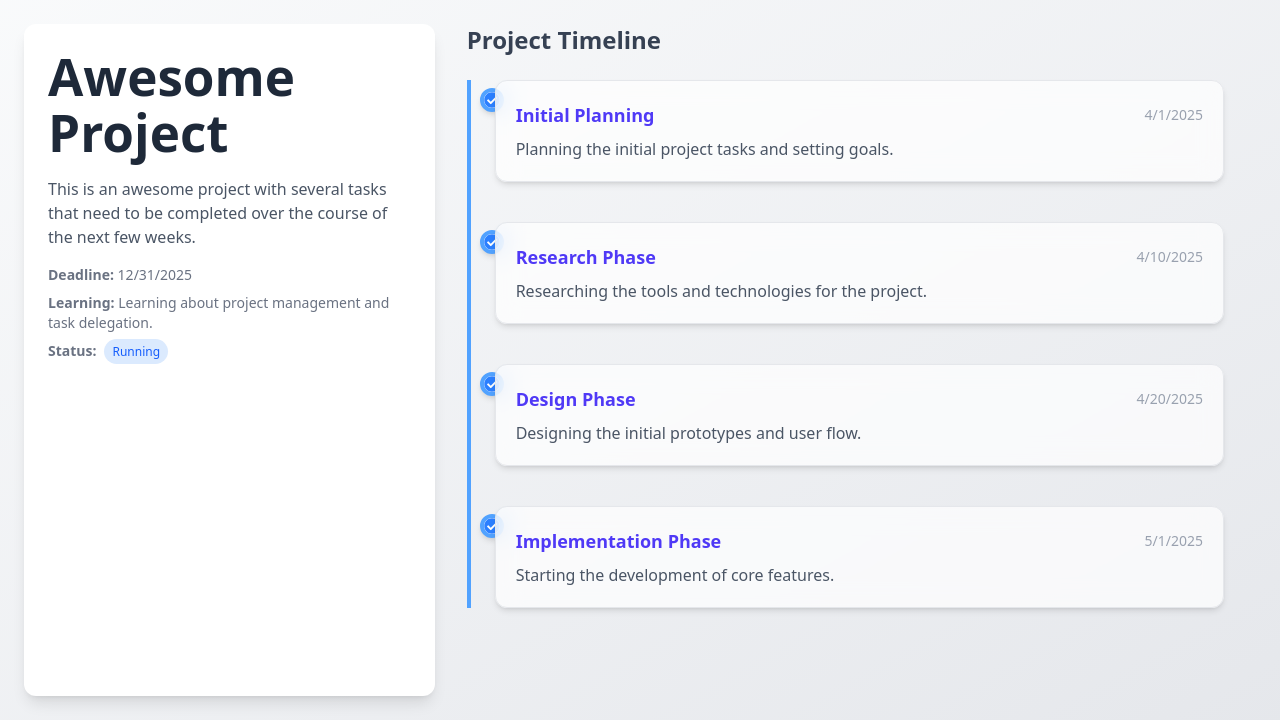
Repository: mohitagrawal0412/Workify
Page: /projectDetails (app in client/)
The author's editor kept a copy of each file at every save. The page is drawn from the files as they stood at one save, then again after the next save.
The browser window is 1280 px wide. The pictures show the whole page.
The project was rebuilt for these pictures with package versions that can differ from the ones it lists, and the page was loaded fresh each time. Also part of the build but not shown: client/vite.config.js, client/src/Components/Dashboard/Dashboard.jsx, client/src/Components/Dashboard/AllProjects.jsx, client/src/Components/Dashboard/EntryDetails.jsx.

Above is the page before, as saved 2025-04-15 10:30:01.

After the next save:
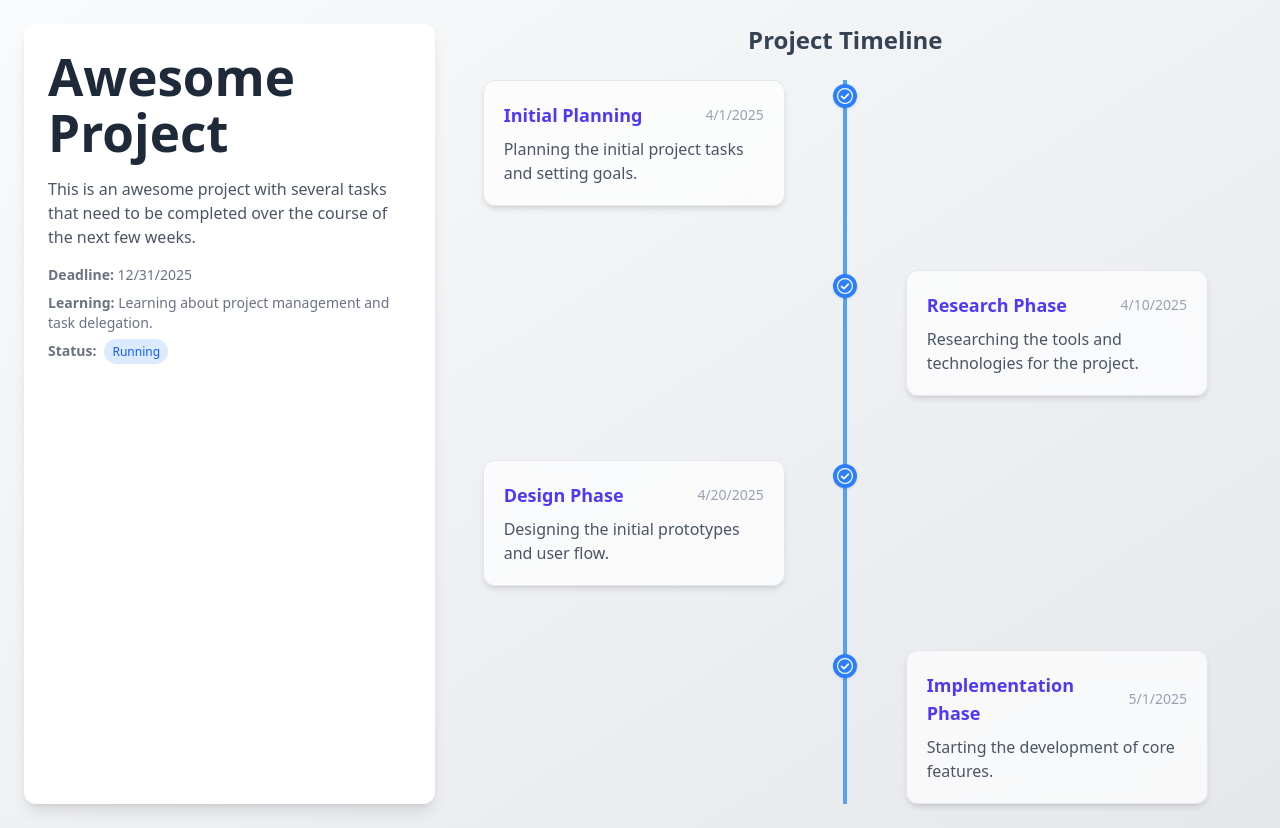
Saved 71 s later.
--- a/client/src/Components/Dashboard/ProjectDetails.jsx
+++ b/client/src/Components/Dashboard/ProjectDetails.jsx
@@ -1,6 +1,6 @@
 import React from "react";
 import { useNavigate } from "react-router-dom";
-import { FaCheckCircle } from "react-icons/fa"; // Optional for icons
+import { FaCheckCircle } from "react-icons/fa";
 
 const ProjectDetails = () => {
     const navigate = useNavigate();
@@ -60,31 +60,47 @@ const ProjectDetails = () => {
                 </ul>
             </div>
 
-            {/* Right: Timeline */}
-            <div className="md:w-2/3 relative px-4 md:px-8">
-                <h2 className="text-2xl font-semibold text-gray-700 mb-6">Project Timeline</h2>
+            {/* Right: Alternating Timeline */}
+            <div className="md:w-2/3 relative px-4 md:px-12">
+                <h2 className="text-2xl font-semibold text-gray-700 mb-6 text-center">Project Timeline</h2>
 
-                <div className="relative border-l-4 border-blue-400 pl-6 space-y-10">
-                    {project.entries.map((entry, index) => (
-                        <div
-                            key={`${entry._id}-${index}`} // in case IDs repeat
-                            className="group relative cursor-pointer"
-                            onClick={handleEntryClick}
-                        >
-                            <div className="absolute -left-[15px] top-2 w-6 h-6 bg-white border-4 border-blue-400 rounded-full shadow-md flex items-center justify-center">
-                                <FaCheckCircle className="text-blue-500 text-lg" />
-                            </div>
-                            <div className="bg-white/70 backdrop-blur-md border border-gray-200 rounded-xl p-5 shadow-md hover:shadow-lg transition duration-300 ease-in-out">
-                                <div className="flex justify-between items-center">
-                                    <h3 className="text-lg font-semibold text-indigo-600">{entry.title}</h3>
-                                    <span className="text-sm text-gray-400">
-                                        {new Date(entry.date).toLocaleDateString()}
-                                    </span>
+                <div className="relative">
+                    {/* Center vertical line */}
+                    <div className="absolute left-1/2 transform -translate-x-1/2 h-full border-l-4 border-blue-400"></div>
+
+                    <div className="space-y-16">
+                        {project.entries.map((entry, index) => {
+                            const isLeft = index % 2 === 0;
+                            return (
+                                <div
+                                    key={`${entry._id}-${index}`}
+                                    className={`relative flex ${isLeft ? "justify-start" : "justify-end"} w-full`}
+                                >
+                                    {/* Connector Dot */}
+                                    <div className="absolute top-1 left-1/2 transform -translate-x-1/2 z-10">
+                                        <div className="w-6 h-6 bg-white border-4 border-blue-500 rounded-full flex items-center justify-center shadow">
+                                            <FaCheckCircle className="text-blue-500 text-sm" />
+                                        </div>
+                                    </div>
+
+                                    {/* Entry Card */}
+                                    <div
+                                        onClick={handleEntryClick}
+                                        className={`w-5/12 p-5 bg-white/70 backdrop-blur-md border border-gray-200 rounded-xl shadow-md hover:shadow-xl transition-all duration-300 cursor-pointer ${isLeft ? "mr-auto" : "ml-auto"
+                                            }`}
+                                    >
+                                        <div className="flex justify-between items-center">
+                                            <h3 className="text-lg font-semibold text-indigo-600">{entry.title}</h3>
+                                            <span className="text-sm text-gray-400">
+                                                {new Date(entry.date).toLocaleDateString()}
+                                            </span>
+                                        </div>
+                                        <p className="mt-2 text-gray-600">{entry.description}</p>
+                                    </div>
                                 </div>
-                                <p className="mt-2 text-gray-600">{entry.description}</p>
-                            </div>
-                        </div>
-                    ))}
+                            );
+                        })}
+                    </div>
                 </div>
             </div>
         </div>
